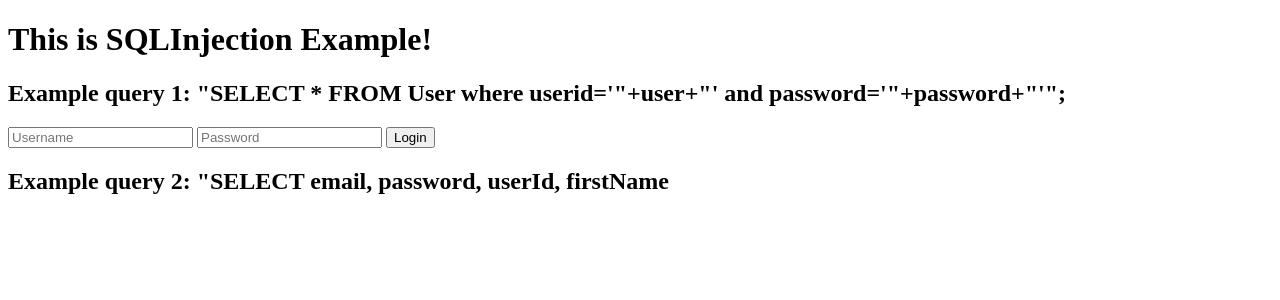
Repository: Ceachi/Securitatea-bazelor-de-date-Curs
Page: http://localhost/SQLInjectionReferat/
These files come from the project's save history. The page is drawn as it stood at one moment and after a run of saves; the edit follows.
The browser window is 1280 px wide. The pictures show the whole page.
The page is served by Tomcat 9. Nobody is signed in. The application's start-up code is not run. Other server files are loaded and not shown.

Above is the page before, as saved 2019-01-03 11:28:54.

### Proiect_eu_SQL_Injection/SQL-Injection-Referat-master/SQLInjectionReferat/src/main/webapp/index.jsp

<%@page contentType="text/html" pageEncoding="UTF-8"%>
<!DOCTYPE html>
<html>
<head>
<meta http-equiv="Content-Type" content="text/html; charset=UTF-8">
<title>JSP Page</title>
</head>
<body>
	<h1>This is SQLInjection Example!</h1>

<!-- 	<form action="userCheck">
		<input type="text" name="user" value="" /> <input type="submit"
			value="Submit" />
	</form>
 -->
	<h2>Example query 1: "SELECT * FROM User where userid='"+user+"' and password='"+password+"'";</h2>
	<form action="userCheck">
		<input type="text" placeholder="Username" name="username">
		<input type="text" placeholder="Password" name="password">
		<button type="submit">Login</button>
	</form>

	<h2> Example query 2: "SELECT email, password, userId, firstName</h2>
</body>
</html>

After the next 2 saves:
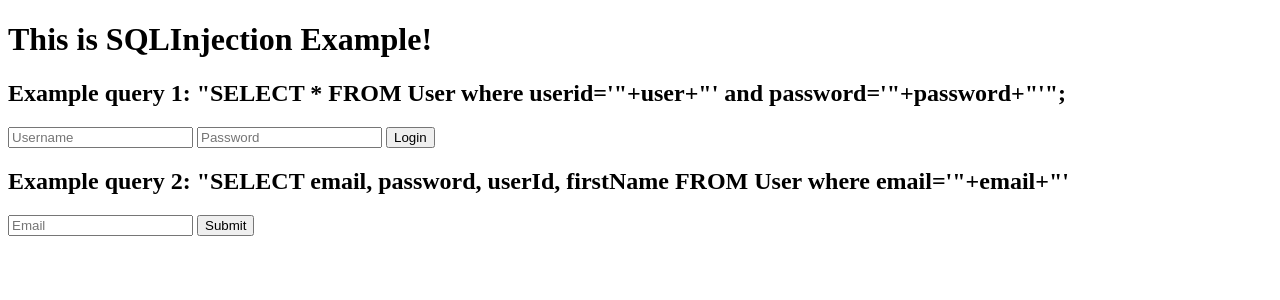
The 2 saves are shown as one change because they came seconds apart.
The last was saved 74 s later.
--- a/Proiect_eu_SQL_Injection/SQL-Injection-Referat-master/SQLInjectionReferat/src/main/webapp/index.jsp
+++ b/Proiect_eu_SQL_Injection/SQL-Injection-Referat-master/SQLInjectionReferat/src/main/webapp/index.jsp
@@ -21,6 +21,11 @@
 		<button type="submit">Login</button>
 	</form>
 
-	<h2> Example query 2: "SELECT email, password, userId, firstName</h2>
+	<h2> Example query 2: "SELECT email, password, userId, firstName FROM User where email='"+email+"'</h2>
+
+	<form action="example2">
+		<input type="text" placeholder="Email" name="email">
+		<button type="submit">Submit</button>
+	</form>
 </body>
 </html>
